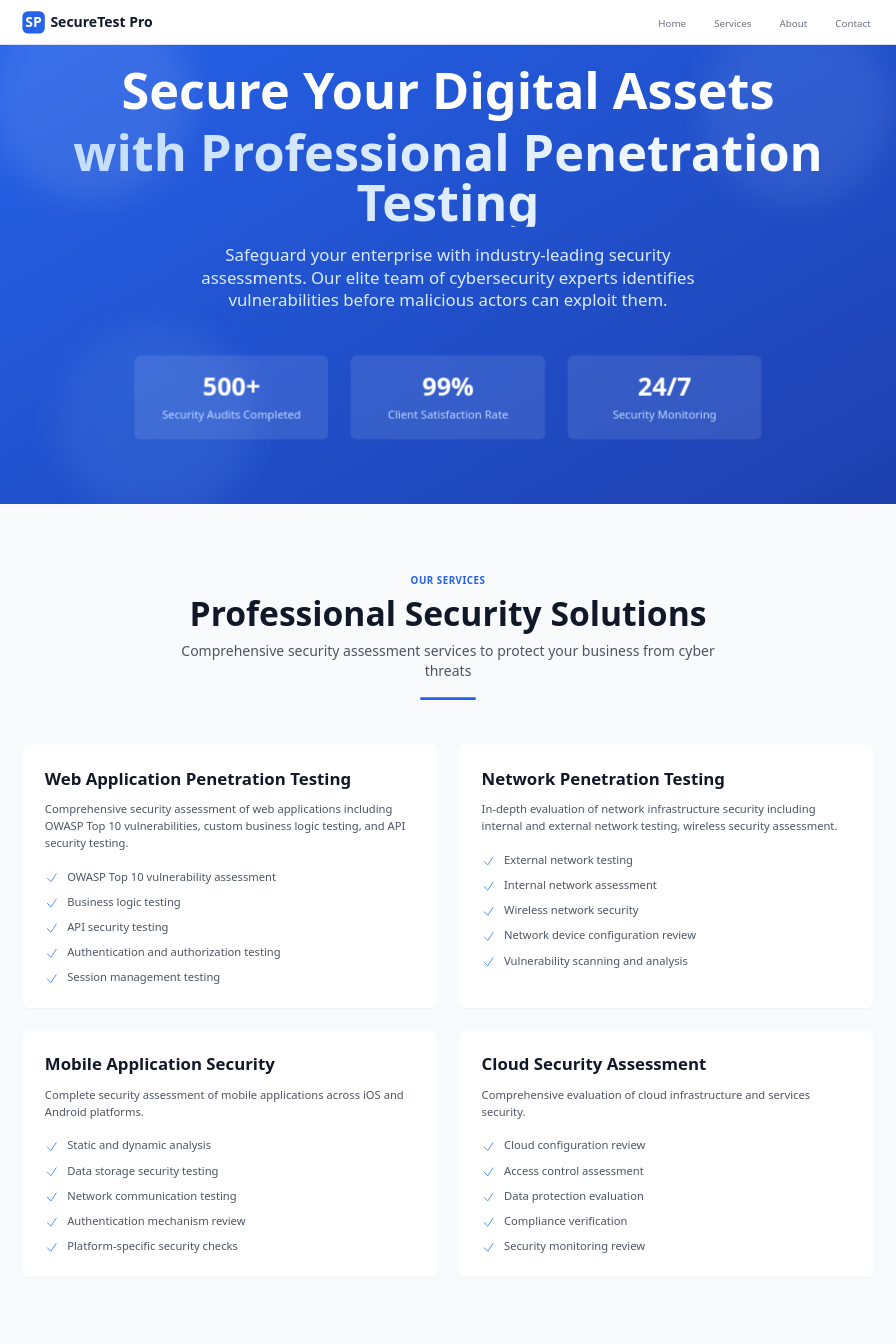
Repository: ZSayless/Penetration-test
Page: /
The author's editor kept a copy of each file at every save. The page is drawn from the files as they stood at one save, then again after the next save.
The browser window is 1280 px wide. The pictures show the part of the page from y = 0 to 1920 px (the page is 8123 px tall), at 70% of full size.
The project was rebuilt for these pictures with package versions that can differ from the ones it lists, and the page was loaded fresh each time. The framework's server and built-in components were replaced by stand-ins that run in the browser. Also part of the build but not shown: next.config.js.

Above is the page before, as saved 2024-12-06 10:22:18.

After the next save:
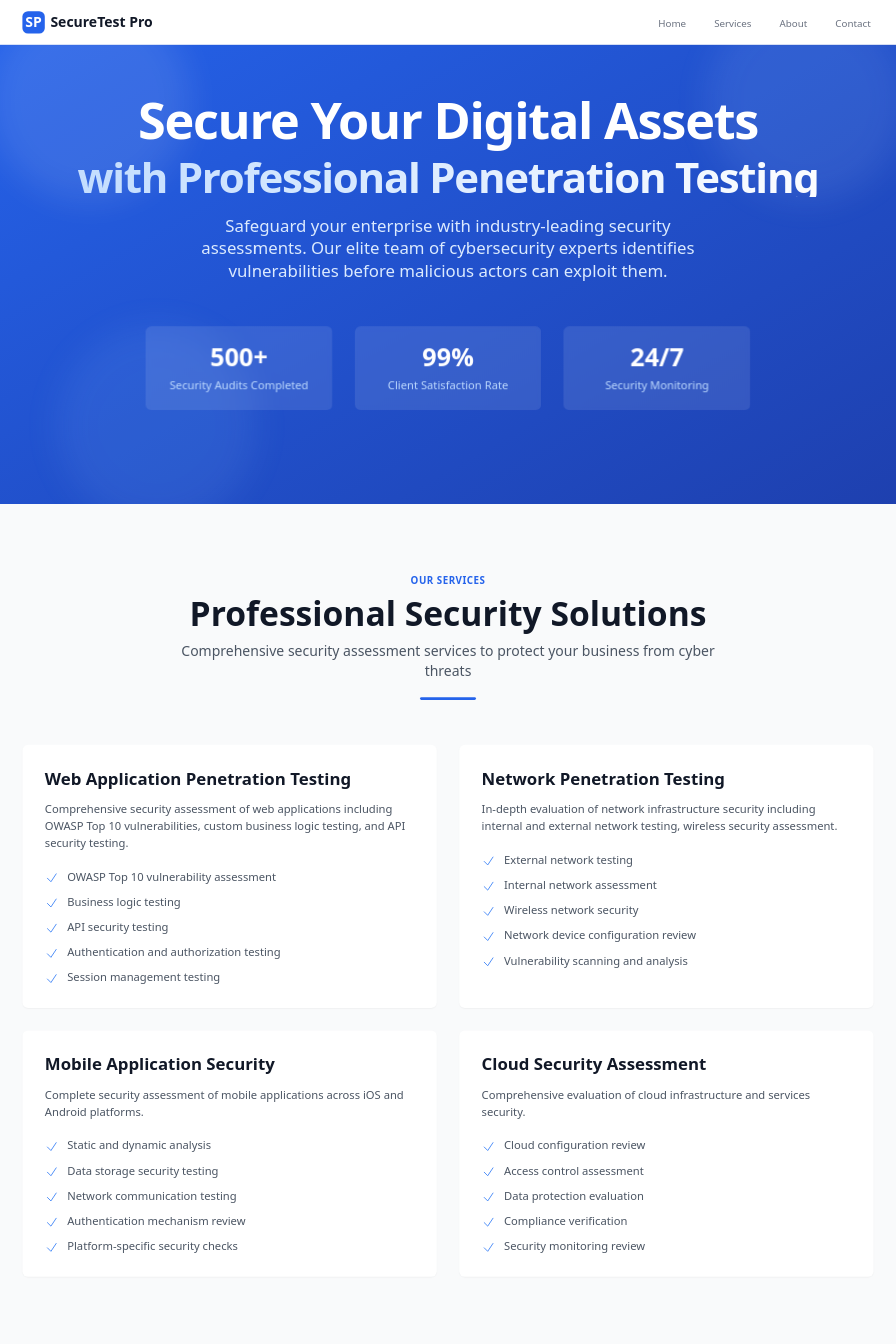
Saved 2 min 19 s later.
--- a/src/app/page.tsx
+++ b/src/app/page.tsx
@@ -14,42 +14,46 @@ import Tools from '@/components/sections/Tools';
 export default function Home() {
   return (
     <main>
-      <section id="home" className="relative min-h-screen flex items-center justify-center overflow-hidden">
+      <section id="home" className="relative min-h-screen flex items-center justify-center overflow-hidden px-4 sm:px-6 lg:px-8">
         <div className="absolute inset-0 bg-gradient-to-br from-blue-600 to-blue-800">
-          <div className="absolute inset-0 opacity-10">
-            <div className="absolute top-0 -left-4 w-72 h-72 bg-white rounded-full mix-blend-multiply filter blur-xl animate-blob"></div>
-            <div className="absolute top-0 -right-4 w-72 h-72 bg-blue-200 rounded-full mix-blend-multiply filter blur-xl animate-blob animation-delay-2000"></div>
-            <div className="absolute -bottom-8 left-20 w-72 h-72 bg-blue-300 rounded-full mix-blend-multiply filter blur-xl animate-blob animation-delay-4000"></div>
+          <div className="absolute inset-0 opacity-10 hidden md:block">
+            <div className="absolute top-0 -left-4 w-48 h-48 md:w-72 md:h-72 bg-white rounded-full mix-blend-multiply filter blur-xl animate-blob"></div>
+            <div className="absolute top-0 -right-4 w-48 h-48 md:w-72 md:h-72 bg-blue-200 rounded-full mix-blend-multiply filter blur-xl animate-blob animation-delay-2000"></div>
+            <div className="absolute -bottom-8 left-20 w-48 h-48 md:w-72 md:h-72 bg-blue-300 rounded-full mix-blend-multiply filter blur-xl animate-blob animation-delay-4000"></div>
           </div>
 
-          <div className="absolute inset-0 bg-grid-white/[0.05] bg-[length:40px_40px]"></div>
+          <div className="absolute inset-0 bg-grid-white/[0.05] bg-[length:20px_20px] md:bg-[length:40px_40px]"></div>
         </div>
 
-        <div className="relative container mx-auto px-4 text-center">
-          <h1 className="text-5xl md:text-7xl font-bold mb-6 text-white">
-            Secure Your Digital Assets
-            <span className="block mt-4 bg-gradient-to-r from-blue-200 to-white bg-clip-text text-transparent">
-              with Professional Penetration Testing
-            </span>
-          </h1>
-          <p className="text-xl md:text-2xl max-w-3xl mx-auto text-blue-100 mb-12">
-            Safeguard your enterprise with industry-leading security assessments.
-            Our elite team of cybersecurity experts identifies vulnerabilities
-            before malicious actors can exploit them.
-          </p>
+        <div className="relative w-full max-w-7xl mx-auto">
+          <div className="text-center">
+            <h1 className="text-4xl sm:text-5xl md:text-6xl lg:text-7xl font-bold mb-4 sm:mb-6 text-white tracking-tight">
+              Secure Your Digital Assets
+              <span className="block mt-2 sm:mt-4 text-3xl sm:text-4xl md:text-5xl lg:text-6xl bg-gradient-to-r from-blue-200 to-white bg-clip-text text-transparent">
+                with Professional Penetration Testing
+              </span>
+            </h1>
+            <p className="text-lg sm:text-xl md:text-2xl max-w-3xl mx-auto text-blue-100 mb-8 sm:mb-12 px-4">
+              Safeguard your enterprise with industry-leading security assessments.
+              Our elite team of cybersecurity experts identifies vulnerabilities
+              before malicious actors can exploit them.
+            </p>
 
-          <div className="grid grid-cols-1 md:grid-cols-3 gap-8 max-w-4xl mx-auto mt-16">
-            <div className="p-6 rounded-lg bg-white/10 backdrop-blur-sm">
-              <div className="text-4xl font-bold text-white mb-2">500+</div>
-              <div className="text-blue-200">Security Audits Completed</div>
-            </div>
-            <div className="p-6 rounded-lg bg-white/10 backdrop-blur-sm">
-              <div className="text-4xl font-bold text-white mb-2">99%</div>
-              <div className="text-blue-200">Client Satisfaction Rate</div>
-            </div>
-            <div className="p-6 rounded-lg bg-white/10 backdrop-blur-sm">
-              <div className="text-4xl font-bold text-white mb-2">24/7</div>
-              <div className="text-blue-200">Security Monitoring</div>
+            <div className="grid grid-cols-1 sm:grid-cols-2 lg:grid-cols-3 gap-4 sm:gap-6 lg:gap-8 max-w-4xl mx-auto mt-8 sm:mt-16 px-4">
+              <div className="p-4 sm:p-6 rounded-lg bg-white/10 backdrop-blur-sm transform hover:scale-105 transition-transform duration-300">
+                <div className="text-3xl sm:text-4xl font-bold text-white mb-1 sm:mb-2">500+</div>
+                <div className="text-sm sm:text-base text-blue-200">Security Audits Completed</div>
+              </div>
+
+              <div className="p-4 sm:p-6 rounded-lg bg-white/10 backdrop-blur-sm transform hover:scale-105 transition-transform duration-300">
+                <div className="text-3xl sm:text-4xl font-bold text-white mb-1 sm:mb-2">99%</div>
+                <div className="text-sm sm:text-base text-blue-200">Client Satisfaction Rate</div>
+              </div>
+
+              <div className="p-4 sm:p-6 rounded-lg bg-white/10 backdrop-blur-sm transform hover:scale-105 transition-transform duration-300 sm:col-span-2 lg:col-span-1">
+                <div className="text-3xl sm:text-4xl font-bold text-white mb-1 sm:mb-2">24/7</div>
+                <div className="text-sm sm:text-base text-blue-200">Security Monitoring</div>
+              </div>
             </div>
           </div>
         </div>
